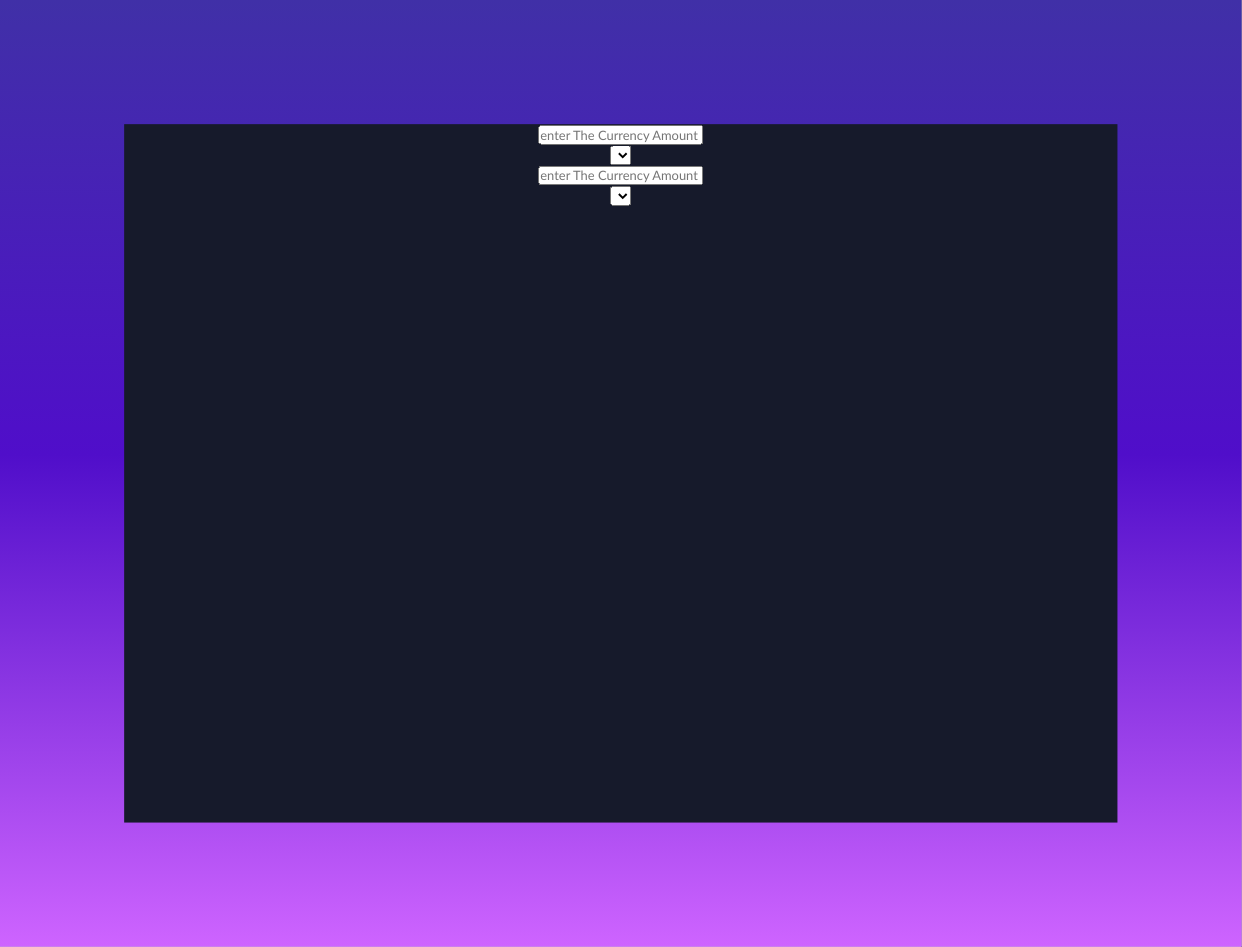
Repository: KamalEssam/currency-converter-react-app
Page: /
These files come from the project's save history. The page is drawn as it stood at one moment and after a run of saves; the edit follows.
The browser window is 1280 px wide. The pictures show the whole page, at 97% of full size.
The page's requests for data from a server got no answer. The project was rebuilt for these pictures with package versions that can differ from the ones it lists, and the page was loaded fresh each time. No one was signed in, and anything a server would have sent is missing.

Above is the page before, as saved 2021-12-21 15:22:33.

After the next 10 saves:
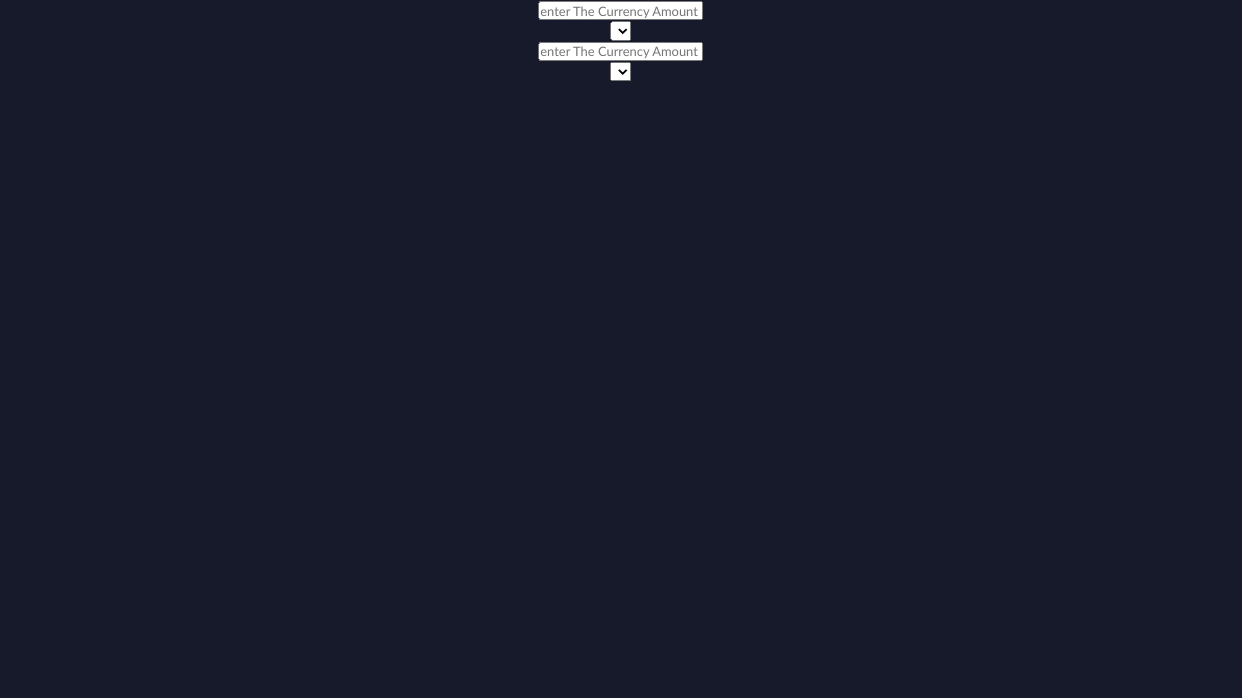
The 10 saves are shown as one change because they came seconds apart.
The last was saved 27 s later.
--- a/src/App.css
+++ b/src/App.css
@@ -34,6 +34,7 @@
   text-align: center;
   background: #161a2b;
   margin:128px
+  border-radius:20px;
 
 
 

After the 2 saves that followed:
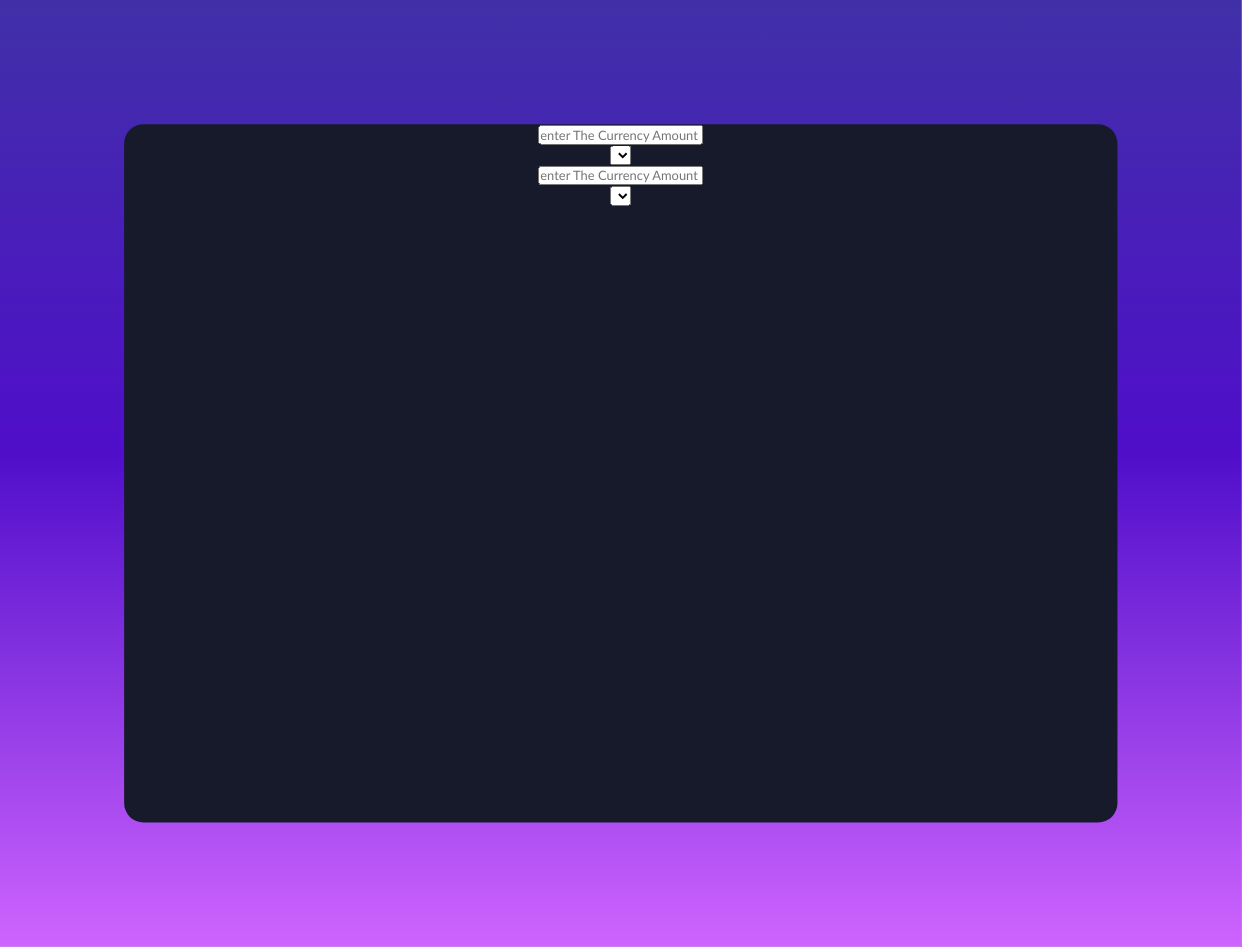
The 2 saves are shown as one change because 1 left the picture as it was.
The last was saved 18 s later.
--- a/src/App.css
+++ b/src/App.css
@@ -33,8 +33,8 @@
   min-height: 100vh;
   text-align: center;
   background: #161a2b;
-  margin:128px
-  border-radius:20px;
+  margin:128px;
+  border-radius: 20px;
 
 
 
